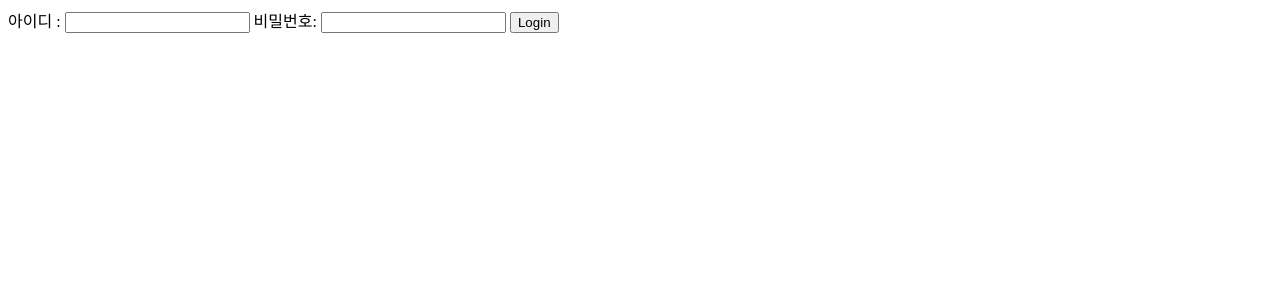
Repository: alsals126/servlet_study_2021
Page: http://localhost/ServletPrj/login_form.jsp
The author's editor kept a copy of each file at every save. The page is drawn from the files as they stood at one save, then again after the next save.
The browser window is 1280 px wide. The pictures show the whole page.
The page is served by Tomcat 9.

Above is the page before, as saved 2021-05-11 00:46:50.

After the next save:
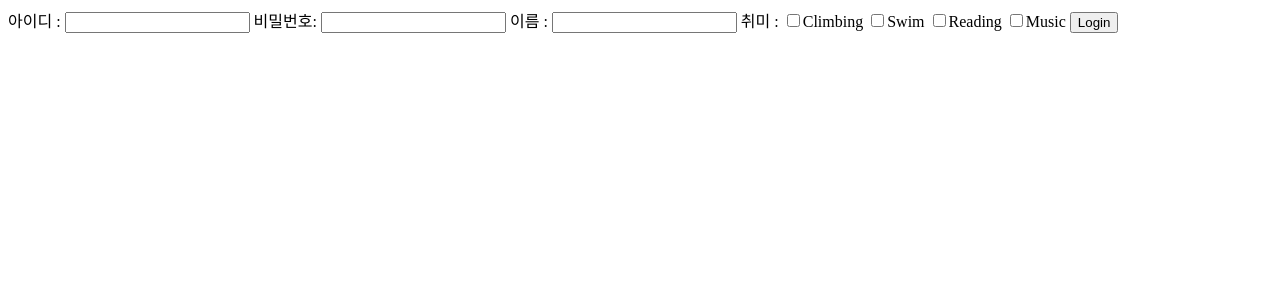
Saved 3 min 13 s later.
--- a/ServletPrj/WebContent/login_form.jsp
+++ b/ServletPrj/WebContent/login_form.jsp
@@ -9,7 +9,12 @@
 <body>
 	<form method="post" action="login">
 		아이디 : <input type="text" name="id"/>
-		비밀번호: <input type="password" id="pw"/>
+		비밀번호: <input type="password" name="pw"/>
+		이름 : <input type="text" name="name"/>
+		취미 : <input type="checkbox" name="hobby" value="climbing">Climbing</input>
+		      <input type="checkbox" name="hobby" value="swim">Swim</input>
+		      <input type="checkbox" name="hobby" value="reading">Reading</input>
+		      <input type="checkbox" name="hobby" value="music">Music</input>
 		<button type="submit">Login</button>
 	</form>
 </body>
